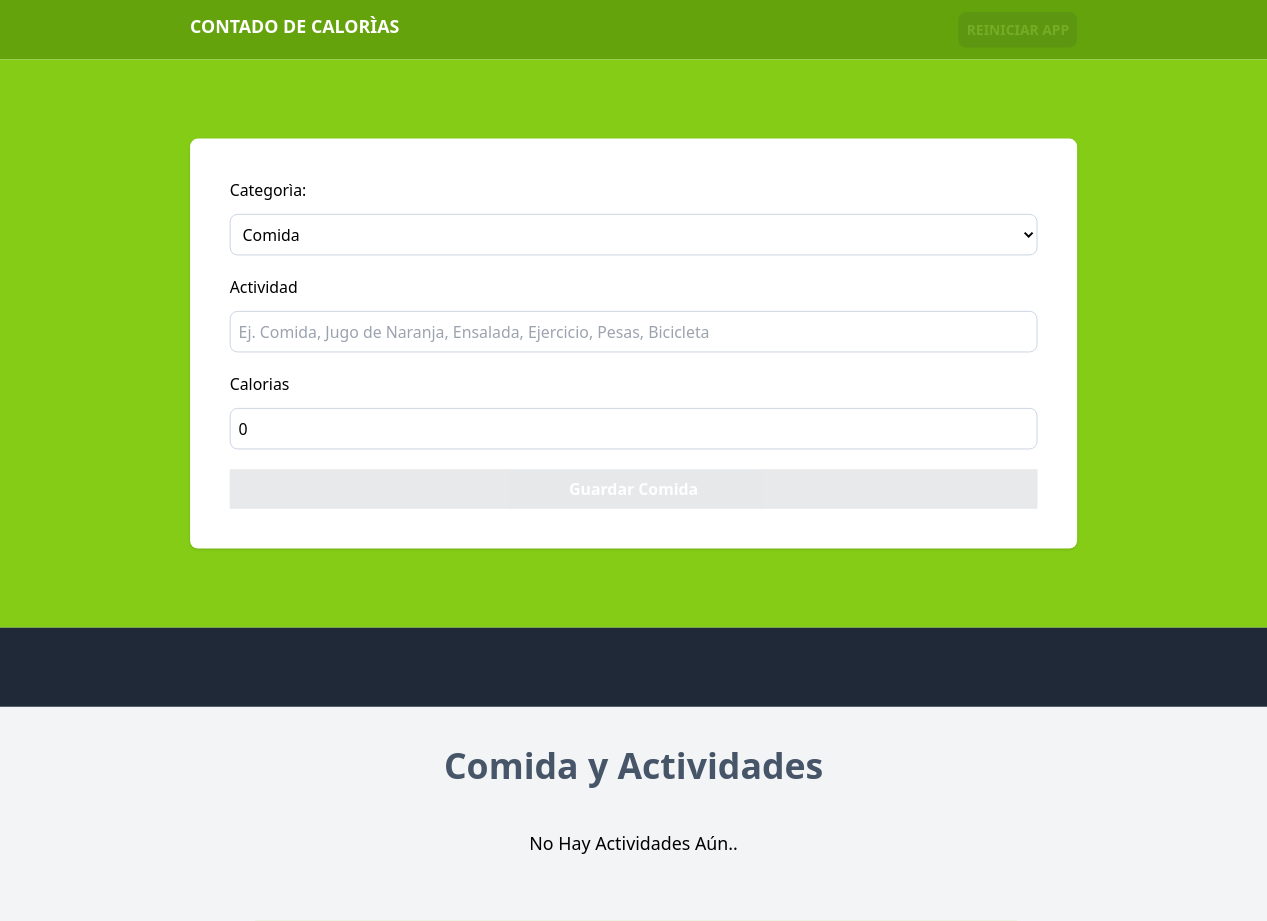
Repository: Matiiu/calorie-tracker
Page: /
These files come from the project's save history. The page is drawn as it stood at one moment and after the next save; the edit follows.
The browser window is 1280 px wide. The pictures show the whole page, at 99% of full size.
The project was rebuilt for these pictures with package versions that can differ from the ones it lists, and the page was loaded fresh each time. Also part of the build but not shown: vite.config.ts.

Above is the page before, as saved 2024-04-01 22:19:51.

### index.html
<!doctype html>
<html lang="en">
  <head>
    <meta charset="UTF-8" />
    <link rel="icon" type="image/svg+xml" href="/vite.svg" />
    <meta name="viewport" content="width=device-width, initial-scale=1.0" />
    <title>Contador de Calorías - React</title>
  </head>
  <body>
    <div id="root"></div>
    <script type="module" src="/src/main.tsx"></script>
  </body>
</html>

### src/App.tsx
import { useEffect, useReducer } from "react";

import Header from "./components/Header";
import Form from "./components/Form";
import ActivityList from "./components/ActivityList";

import { activityReducer, initialState } from "./reducers/activityReducer";
export default function App() {
  const [state, dispatch] = useReducer(activityReducer, initialState);

  useEffect(() => {
    if (state.activities.length > 0) {
      localStorage.setItem("activities", JSON.stringify(state.activities));
    }
  }, [state.activities]);

  return (
    <>
      <Header state={state} dispatch={dispatch} />

      <section className="bg-lime-500 py-20 px-5">
        <div className="max-w-4xl mx-auto">
          <Form state={state} dispatch={dispatch} />
        </div>
      </section>

      <section className="bg-gray-800 p-10">
        <div className="max-w-4xl mx-auto">

        </div>
      </section>

      <section className="py-10 bg-gray-100">
        <div className="max-w-4xl mx-auto">
          <ActivityList activities={state.activities} dispatch={dispatch} />
        </div>
      </section>
    </>
  );
}

### src/components/Header.tsx
import { useMemo, Dispatch } from "react";
import { ActivityState, ActivityActions } from "../reducers/activityReducer";

type HeaderProps = {
  state: ActivityState;
  dispatch: Dispatch<ActivityActions>;
};

export default function Header({ state, dispatch }: HeaderProps) {
  const isEmpty = useMemo(() => !state.activities.length, [state.activities]);

  const handleRestart = () => {
    const confirmCancel = window.confirm(
      "¿Está seguro de que sea eliminar todas las actividades registradas?"
    );

    if (confirmCancel) {
      dispatch({ type: "restart-app" });
      window.location.reload();
    }
  };

  return (
    <header className="bg-lime-600 py-3">
      <div className="max-w-4xl mx-auto flex justify-between">
        <h1 className="text-center text-lg font-bold text-white uppercase">
          Contado de Calorìas
        </h1>

        <button
          className="bg-gray-800 hover:bg-gray-900 p-2 font-bold uppercase text-white cursor-pointer rounded-lg text-sm disabled:opacity-10"
          disabled={isEmpty}
          onClick={handleRestart}
        >
          Reiniciar App
        </button>
      </div>
    </header>
  );
}

### src/components/Form.tsx
import { useState, ChangeEvent, FormEvent, Dispatch, useEffect } from "react";
import { v4 as uuid } from "uuid";

import { categories } from "../data/categories";
import type { Activity, Category } from "../types";
import { ActivityActions, ActivityState } from "../reducers/activityReducer";

type FormProps = {
  state: ActivityState;
  dispatch: Dispatch<ActivityActions>;
};

export default function Form({ state, dispatch }: FormProps) {
  const initialState: Activity = {
    id: uuid(),
    category: 1,
    activityName: "",
    calories: 0,
  };

  // Convertimos las calorías en un objeto donde el id en la llave y el nombre el valor
  const categoriesObject = categories.reduce(
    (accumulator: Record<Category["id"], Category["name"]>, current) => {
      accumulator[current.id] = current.name;
      return accumulator;
    },
    {}
  );

  const [activity, setActivity] = useState<Activity>({ ...initialState });

  useEffect(() => {
    if (state.activeId) {
      const selectActivities: Activity = state.activities.filter(
        stateActivity => stateActivity.id === state.activeId
      )[0];
      setActivity(selectActivities);
    }
  }, [state.activeId]);

  const handleChange = (
    e: ChangeEvent<HTMLInputElement | HTMLSelectElement>
  ) => {
    // Validamos si es un campo numérico
    const isNumberFiled = ["category", "calories"].includes(e.target.id);
    // Si lo es convertimos el dato a numérico
    setActivity({
      ...activity,
      [e.target.id]: isNumberFiled ? +e.target.value : e.target.value,
    });
  };

  const isValidateActivity = () => {
    const { activityName, calories } = activity;
    // Validamos que el campo actividad y calorías estén diligenciados
    return !!(activityName || "").trim() && calories > 0;
  };

  const nameSubmit = () => {
    // Accedemos a la posición llave de nuestro objeto categoriesObject con el valor de activity.category y retornamos el valor
    return `Guardar ${categoriesObject[activity.category]}`;
  };

  const handleSubmit = (e: FormEvent<HTMLFormElement>) => {
    e.preventDefault();
    dispatch({
      type: "save-activity",
      payload: { newActivity: activity },
    });
    // Limpiar el formulario una vez enviado
    setActivity({ ...initialState });
  };

  return (
    <form
      onSubmit={handleSubmit}
      className="space-y-5 bg-white shadow p-10 rounded-lg"
    >
      <div className="grid grid-cols-1 gap-3">
        <label htmlFor="category">Categorìa:</label>
        <select
          name="category"
          id="category"
          className="border border-slate-300 p-2 rounded-lg w-full bg-white"
          value={activity.category}
          onChange={handleChange}
        >
          {categories.map((category) => (
            <option key={category.id} value={category.id}>
              {category.name}
            </option>
          ))}
        </select>
      </div>

      <div className="grid grid-cols-1 gap-3">
        <label htmlFor="activityName">Actividad</label>
        <input
          id="activityName"
          name="activityName"
          type="text"
          className="border border-slate-300 p-2 rounded-lg"
          placeholder="Ej. Comida, Jugo de Naranja, Ensalada, Ejercicio, Pesas, Bicicleta"
          value={activity.activityName}
          onChange={handleChange}
        />
      </div>

      <div className="grid grid-cols-1 gap-3">
        <label htmlFor="calories">Calorias</label>
        <input
          id="calories"
          name="calories"
          type="number"
          className="border border-slate-300 p-2 rounded-lg"
          placeholder="Ej. 300 o 500"
          min={0}
          value={activity.calories}
          onChange={handleChange}
        />
      </div>

      <input
        type="submit"
        className="bg-gray-800 hover:bg-gray-900 w-full p-2 font-bold text-white cursor-pointer disabled:opacity-10 disabled:cursor-auto"
        value={nameSubmit()}
        disabled={!isValidateActivity()}
      />
    </form>
  );
}

### src/components/ActivityList.tsx
import { Dispatch, useMemo } from "react";

import { PencilSquareIcon, XCircleIcon } from "@heroicons/react/24/outline";

import type { Activity, Category } from "../types";
import { categories } from "../data/categories";
import { ActivityActions } from "../reducers/activityReducer";

type ActivityListprops = {
  activities: Activity[];
  dispatch: Dispatch<ActivityActions>;
};

export default function ActivityList({
  activities,
  dispatch,
}: ActivityListprops) {
  // Convertimos las calorías en un objeto donde el id en la llave y el nombre el valor
  const categoriesObject = categories.reduce(
    (accumulator: Record<Category["id"], Category["name"]>, current) => {
      accumulator[current.id] = current.name;
      return accumulator;
    },
    {}
  );

  const activitiesAreEmpty = useMemo(() => !activities.length, [activities]);

  const categoryName = (id: Category["id"]) => {
    // Accedemos a la posición llave de nuestro objeto categoriesObject con el valor de activity.category y retornamos el valor
    return categoriesObject[id];
  };

  const handleRemove = (id: Activity["id"]) => {
    const cancelConfirmation = window.confirm(
      "¿Estás seguro de que deseas eliminar la actividad?"
    );

    if (cancelConfirmation) {
      dispatch({ type: "delete-activity", payload: { id } });
    }
  };

  return (
    <>
      <h2 className="text-4xl font-bold text-slate-600 text-center">
        Comida y Actividades
      </h2>

      {activitiesAreEmpty ? (
        <p className="text-center py-6 mt-5 text-lg">
          No Hay Actividades Aún..
        </p>
      ) : (
        activities.map((activity) => (
          <div
            key={activity.id}
            className="px-5 py-10 bg-white mt-5 flex justify-between"
          >
            <div className="space-y-2 relative">
              <p
                className={`absolute -top-8 -left-8 px-10 py-2 text-white uppercase font-bold ${
                  activity.category === 1 ? "bg-lime-500" : "bg-orange-500"
                }`}
              >
                {categoryName(activity.category)}
              </p>
              <p className="text-2xl font-bold pt-5">{activity.activityName}</p>
              <p className="font-black text-4xl text-lime-500">
                {" "}
                {activity.calories}
              </p>
            </div>

            <div className="flex gap-5 items-center">
              <button
                onClick={() =>
                  dispatch({
                    type: "set-activeId",
                    payload: { id: activity.id },
                  })
                }
              >
                <PencilSquareIcon className="h-8 w-8 text-gray-800" />
              </button>

              <button onClick={() => handleRemove(activity.id)}>
                <XCircleIcon className="h-8 w-8 text-red-500" />
              </button>
            </div>
          </div>
        ))
      )}
    </>
  );
}

### src/reducers/activityReducer.ts
import type { Activity } from "../types";

export type ActivityActions =
  | { type: "save-activity"; payload: { newActivity: Activity } }
  | { type: "set-activeId"; payload: { id: Activity["id"] } }
  | { type: "delete-activity"; payload: { id: Activity["id"] } }
  | { type: "restart-app" };

export type ActivityState = {
  activities: Activity[];
  activeId: Activity["id"];
};

function localStorageactivities(): Activity[] {
  const activities = localStorage.getItem("activities");
  return activities ? JSON.parse(activities) : [];
}

export const initialState: ActivityState = {
  activities: localStorageactivities(),
  activeId: "",
};

export function activityReducer(
  state: ActivityState = initialState,
  action: ActivityActions
) {
  if (action.type === "save-activity") {
    let updateActivities: Activity[] = [];
    if (state.activeId) {
      updateActivities = state.activities.map((activity) =>
        activity.id === state.activeId ? action.payload.newActivity : activity
      );
    } else {
      updateActivities = [...state.activities, action.payload.newActivity];
    }
    return {
      ...state,
      activities: updateActivities,
      activeId: "",
    };
  }

  if (action.type === "set-activeId") {
    return {
      ...state,
      activeId: action.payload.id,
    };
  }

  if (action.type === "delete-activity") {
    return {
      ...state,
      activities: state.activities.filter(
        (activity) => activity.id !== action.payload.id
      ),
    };
  }

  if (action.type === "restart-app") {
    // Removemos la llave de nuestro stroage
    localStorage.removeItem("activities");
    // Limpiamos todos los valores
    return {
      activities: [],
      activeId: "",
    };
  }

  return state;
}

### src/data/categories.ts
import { Category } from "../types";

export const categories: Category[] = [
  { id: 1, name: "Comida" },
  { id: 2, name: "Ejercicio" },
];

### src/components/CaloriesTracker.tsx
export default function CaloriesTracker() {
  return (
    <div>CaloriesTracker</div>
  )
}

Loaded but not shown: src/main.tsx (common file); src/index.css (common file); tailwind.config.js (common file)

After the next save:
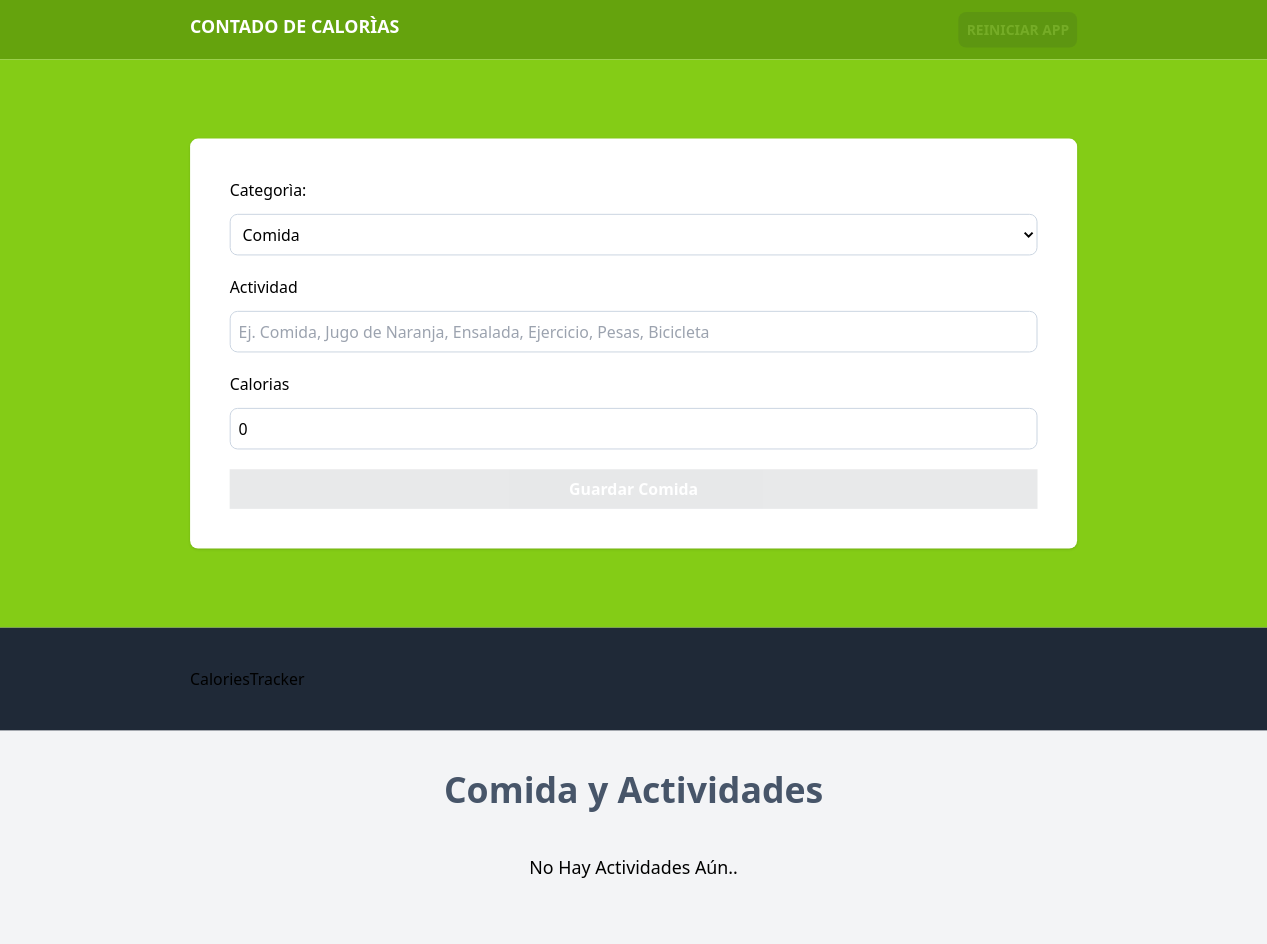
Saved 8 s later.
--- a/src/App.tsx
+++ b/src/App.tsx
@@ -3,6 +3,7 @@ import { useEffect, useReducer } from "react";
 import Header from "./components/Header";
 import Form from "./components/Form";
 import ActivityList from "./components/ActivityList";
+import CaloriesTracker from "./components/CaloriesTracker";
 
 import { activityReducer, initialState } from "./reducers/activityReducer";
 export default function App() {
@@ -26,7 +27,7 @@ export default function App() {
 
       <section className="bg-gray-800 p-10">
         <div className="max-w-4xl mx-auto">
-
+          <CaloriesTracker />
         </div>
       </section>
 
